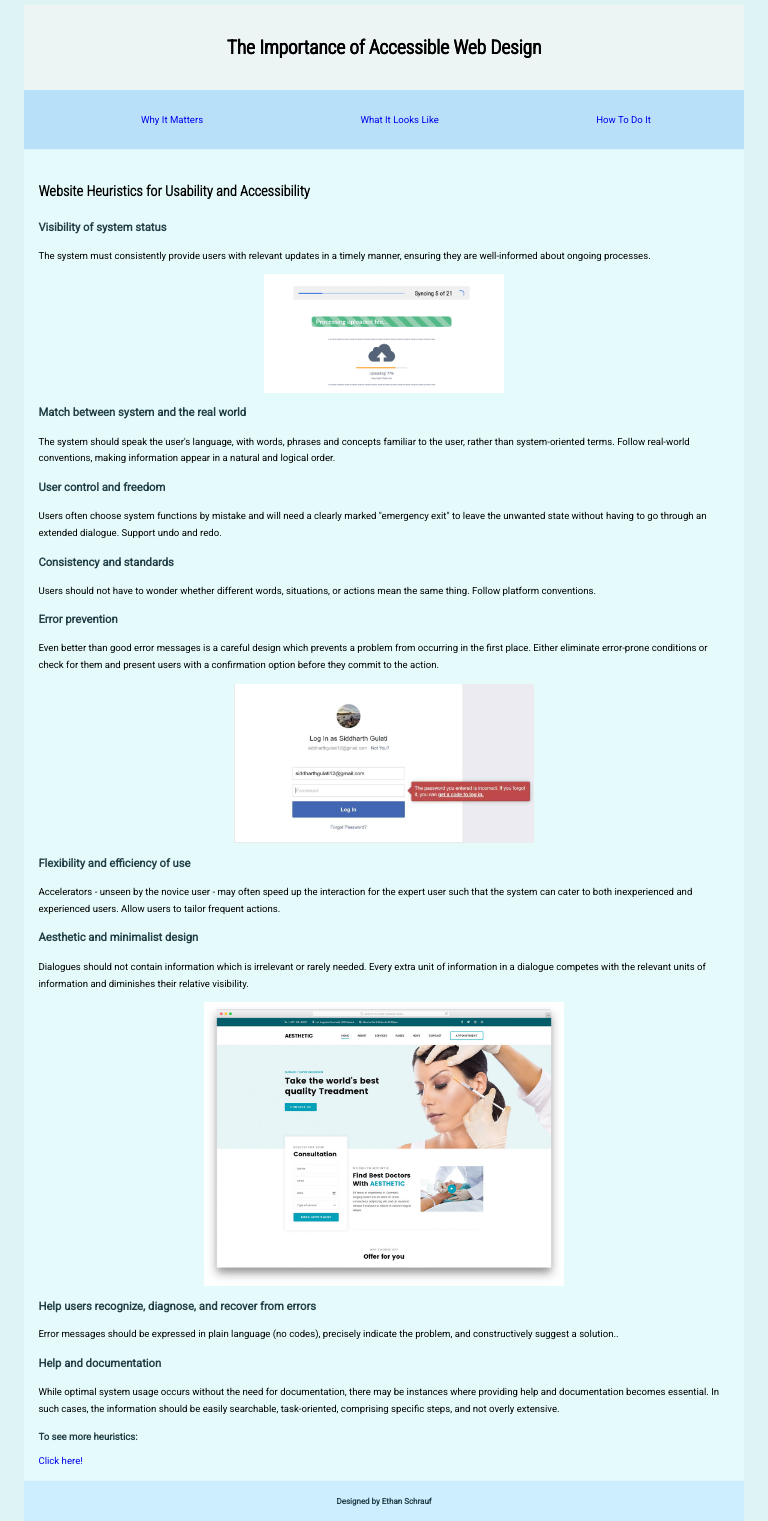
Repository: ethan-schrauf/UniversalDesignWebsite
Page: Final-Project/what.html
These files come from the project's save history. The page is drawn as it stood at one moment and after the next save; the edit follows.
The browser window is 1280 px wide. The pictures show the whole page, at 60% of full size.

Above is the page before, as saved 2023-11-27 17:11:49.

After the next save:
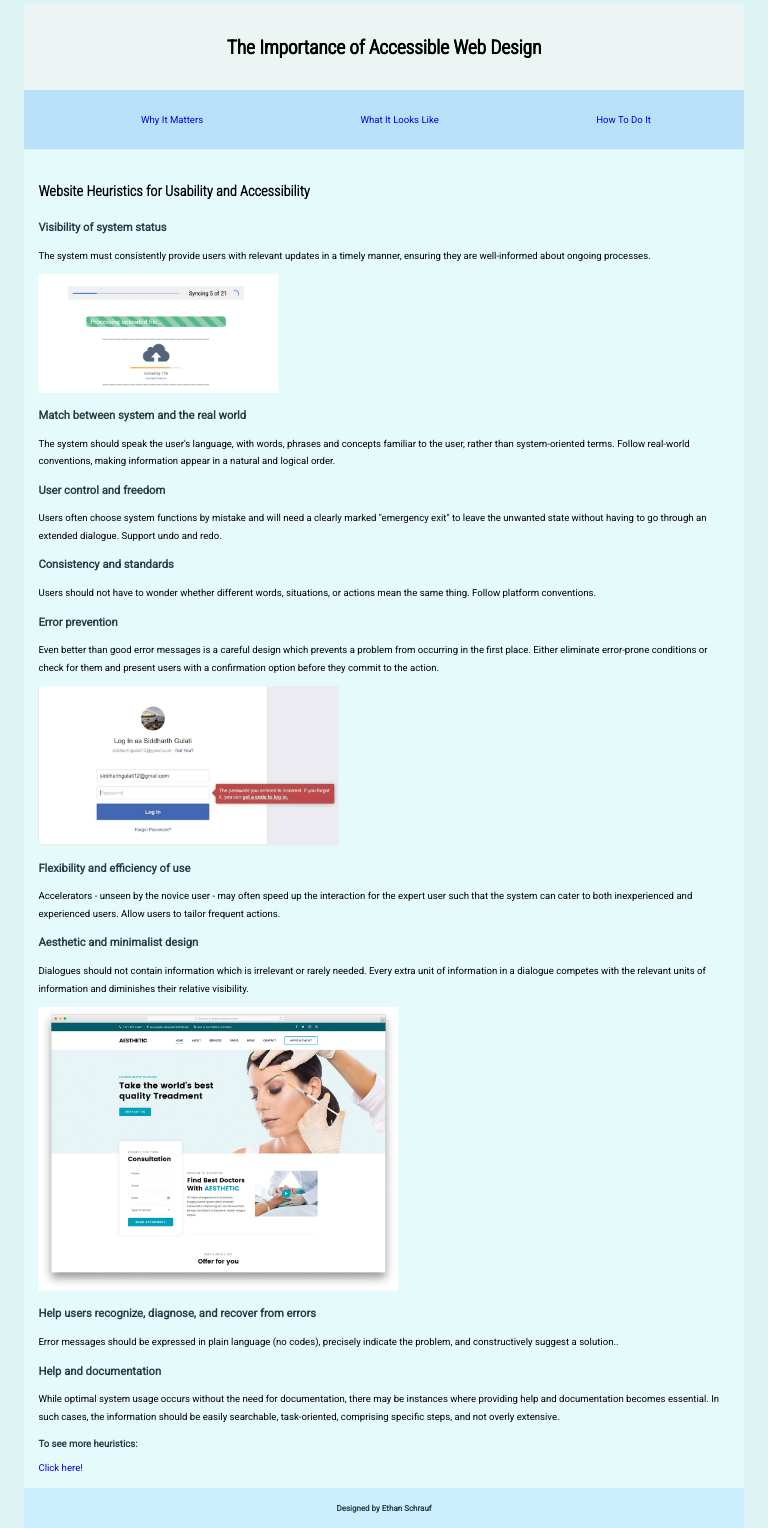
Saved 46 s later.
--- a/Final-Project/what.css
+++ b/Final-Project/what.css
@@ -179,7 +179,3 @@ nav ul {
       .skip-link {
         transition: transform 0.5s;
       }
-      img {
-        margin: auto;
-        display: block;
-      }
